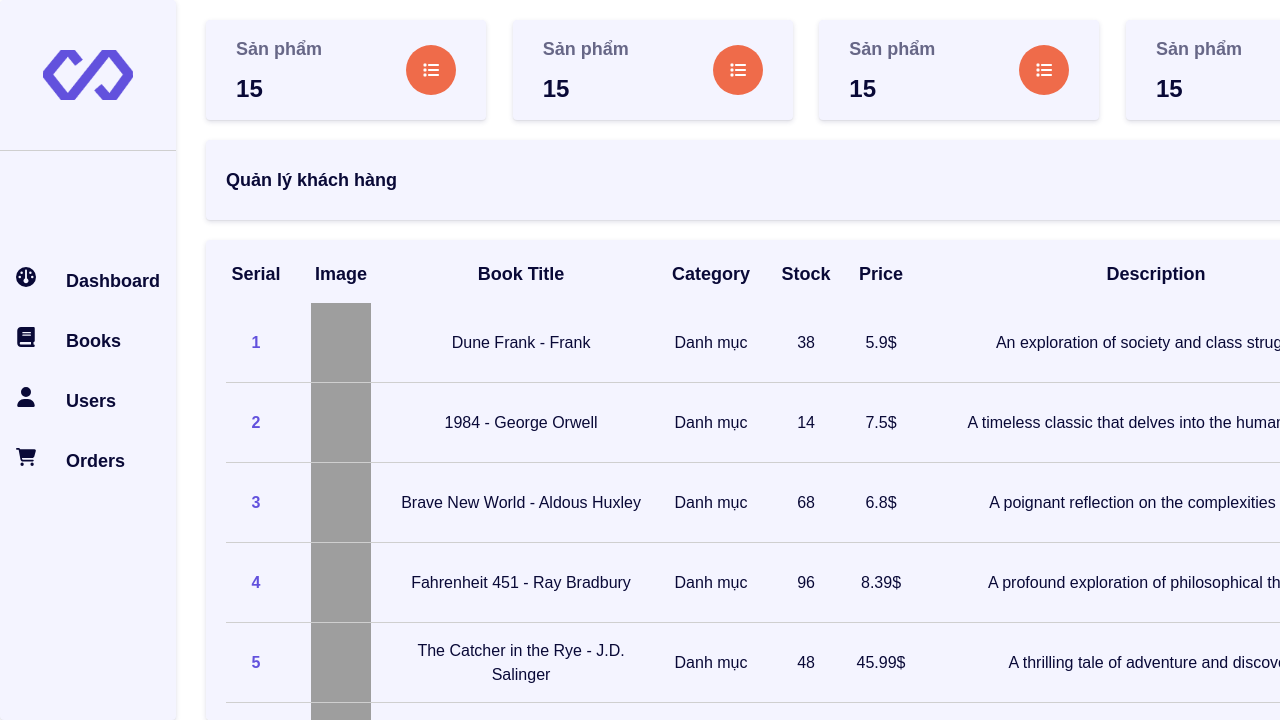
Repository: kauittt/BookStore_FE
Page: / (app in book-store/)
The author's editor kept a copy of each file at every save. The page is drawn from the files as they stood at one save, then again after the next save.
The browser window is 1280 px wide. The pictures show the whole page.
Pictures or frames that could not be fetched are drawn as grey boxes. An inner scrolling area shows only its first screen. The project was rebuilt for these pictures with package versions that can differ from the ones it lists, and the page was loaded fresh each time. Also part of the build but not shown: book-store/vite.config.js, book-store/src/components/elements/FormInput.jsx, book-store/src/components/login-signup/Login.jsx, book-store/src/components/book/BookItem.jsx, book-store/src/components/book/BookList.jsx, book-store/src/components/elements/BackNavigation.jsx, book-store/src/components/book/BookDetail.jsx, book-store/src/components/cart/QuantitySelector.jsx and 4 more.

Above is the page before, as saved 2024-07-20 12:44:41.

### book-store/src/App.jsx
import Login from "./components/login-signup/Login";
import BookItem from "./components/book/BookItem";
import BookList from "./components/book/BookList";
import BookDetail from "./components/book/BookDetail";
import CartItem from "./components/cart/CartItem";
import Cart from "./components/cart/Cart";
import Checkout from "./components/checkout/Checkout";
import AdminNav from "./components/admin/AdminNav";
import ManageList from "./components/admin/ManageList";
import AdminPage from "./components/admin/AdminPage";
import Card from "./components/elements/Card";

const App = () => {
    //! Width - Height: 1536 - 703
    //! 270 - 255
    //! Width: 0.9
    //! Height: 0.585

    //* Semibold - Normal
    //* 3xl (Tiêu đề to) - lg (To hơn bình thường) - sm (Chú thích nhỏ) - Normal

    const data = [
        {
            image: "https://nhasachphuongnam.com/images/thumbnails/240/290/detailed/287/con-duong-hoi-giao-tb-2024.jpg",
            price: "5.9",
            name: "Dune Frank ",
            author: "Frank ",
        },
        {
            image: "https://i.pinimg.com/474x/57/70/55/5770553158ceac5870925fd79f9699eb.jpg",
            price: "7.5",
            name: "1984",
            author: "George Orwell",
        },
        {
            image: "https://listsach.com/wp-content/uploads/2020/05/bia-sach-dep-ngoi-nha-nghin-hanh-lang.jpg",
            price: "6.8",
            name: "Brave New World",
            author: "Aldous Huxley",
        },
        {
            image: "https://listsach.com/wp-content/uploads/2020/05/quyen-sach-co-bia-dep-khong-gia-dinh.jpg",
            price: "8.39",
            name: "Fahrenheit 451",
            author: "Ray Bradbury",
        },
        {
            image: "https://salt.tikicdn.com/cache/w1200/ts/product/03/ee/cc/9e91a112fb77049e9167f41ef62f832e.jpeg",
            price: "45.99",
            name: "The Catcher in the Rye",
            author: "J.D. Salinger",
        },
        {
            image: "https://intamphuc.vn/wp-content/uploads/2023/06/mau-bia-sach-dep-4.jpg",
            price: "9.2",
            name: "To Kill a Mockingbird",
            author: "Harper Lee",
        },
        {
            image: "https://vietart.co/blog/wp-content/uploads/2014/01/2_thiet_ke_bia_sach_dep_20.jpg",
            price: "5.0",
            name: "The Great Gatsby",
            author: "F. Scott Fitzgerald",
        },
        {
            image: "https://thegioidohoa.com/wp-content/uploads/2017/08/tong-hop-20-mau-bia-sach-doc-dao-nhat-nam-2017-7.jpg",
            price: "6.5",
            name: "Moby Dick",
            author: "Herman Melville",
        },
        {
            image: "https://encrypted-tbn0.gstatic.com/images?q=tbn:ANd9GcRVxy22da304ThgqLt9eKkHoYNLhIEgOL5vLCuA0X--bl323dKTKr0Q_H8tqkGQcfgcqA8&usqp=CAU",
            price: "7.8",
            name: "War and Peace",
            author: "Leo Tolstoy",
        },
        {
            image: "https://intamphuc.vn/wp-content/uploads/2023/06/mau-bia-sach-dep-2.jpg",
            price: "6.0",
            name: "Pride and Prejudice",
            author: "Jane Austen",
        },
    ];

    // Các mô tả mẫu để sử dụng
    const descriptions = [
        "A timeless classic that delves into the human psyche.",
        "An exploration of society and class struggles.",
        "A thrilling tale of adventure and discovery.",
        "A thought-provoking story that challenges conventional wisdom.",
        "A masterpiece of modern literature.",
        "A poignant reflection on the complexities of life.",
        "A gripping narrative that captivates the reader from start to finish.",
        "An emotional journey through love, loss, and redemption.",
        "A profound exploration of philosophical themes.",
        "An unforgettable story of courage and resilience.",
    ];

    // Hàm tạo số lượng ngẫu nhiên từ 1 đến 100
    function getRandomQuantity() {
        return Math.floor(Math.random() * 100) + 1;
    }

    // Hàm tạo mô tả ngẫu nhiên từ danh sách mô tả mẫu
    function getRandomDescription() {
        const index = Math.floor(Math.random() * descriptions.length);
        return descriptions[index];
    }

    // Tạo dữ liệu đa dạng cho mảng data
    const enhancedData = data.map((item) => ({
        ...item,
        quantity: getRandomQuantity(),
        description: getRandomDescription(),
    }));

    const detail = {
        image: "https://nhasachphuongnam.com/images/thumbnails/240/290/detailed/287/con-duong-hoi-giao-tb-2024.jpg",
        price: "5.9",
        name: "Dune",
        author: "Frank Herbert ",
        quantity: 10,
        description:
            "Contrary to popular belief, Lorem Ipsum is not simply random text. It has roots in a piece of classical Latin literature from 45 BC, making it over 2000 years old. Richard McClintock, a Latin professor at Hampden-Sydney College in Virginia, looked up one of the more obscure Latin words, consectetur, from a Lorem Ipsum passage, and going through the cites of the word in classical literature, discovered the undoubtable source. Lorem Ipsum comes from sections",
    };

    //! Sửa chổ quantity*price trong tính cart, checkout
    return (
        // container mx-auto
        <div className="text-text-normal  cursor-default select-none">
            {/* <Card name="Sản phẩm" quantity="15" icon={faList}></Card> */}

            <AdminPage books={enhancedData}></AdminPage>
            {/* <ManageList books={enhancedData}></ManageList> */}
            {/* <AdminNav></AdminNav> */}
            {/* <Checkout books={enhancedData}></Checkout> */}
            {/* <Cart books={enhancedData}></Cart> */}
            {/* <CartItem book={detail}></CartItem> */}
            {/* <BookDetail book={detail}></BookDetail> */}
            {/* <BookList title="Classic" books={data}></BookList> */}
            {/* <Login></Login> */}
        </div>
    );
};

export default App;

### book-store/src/index.css
@tailwind base;

* {
    scrollbar-width: thin;
}

@tailwind components;
@tailwind utilities;

.container {
    width: 100%;
}
@media (min-width: 640px) {
    .container {
        max-width: 640px;
    }
}
@media (min-width: 768px) {
    .container {
        max-width: 768px;
    }
    @media (min-width: 1024px) {
        .container {
            max-width: 1024px;
        }
    }
    @media (min-width: 1280px) {
        .container {
            max-width: 1280px;
        }
    }
    @media (min-width: 1400px) {
        .container,
        .container-lg,
        .container-md,
        .container-sm,
        .container-xl,
        .container-xxl {
            max-width: 1320px;
        }
    }
}

### book-store/src/components/admin/AdminNav.jsx
import PropTypes from "prop-types";
import { FontAwesomeIcon } from "@fortawesome/react-fontawesome";
import {
    faCartShopping,
    faUser,
    faBook,
    faGauge,
} from "@fortawesome/free-solid-svg-icons";

const AdminNav = () => {
    return (
        <div
            className="flex flex-col  gap-[100px]
            font-semibold text-lg  w-[260px]
            bg-bgr-main shadow-custom rounded"
        >
            <div
                className="w-full flex justify-center mt-[50px] pb-[50px]
            border-b border-border"
            >
                <img
                    src="./image/Logo.png"
                    alt="Logo"
                    className="w-[90px] h-[50px]  object-cover"
                />
            </div>

            <div>
                <div
                    className="p-[16px]
            transition-all duration-200 ease-in-out
            group hover:bg-bgr-white hover:shadow-custom rounded
            cursor-pointer"
                >
                    <p className="flex gap-[10px]">
                        <FontAwesomeIcon
                            className="mr-[20px] w-[20px] h-[20px]"
                            icon={faGauge}
                        />
                        Dashboard
                    </p>
                </div>
                <div
                    className="p-[16px]
            transition-all duration-200 ease-in-out
            group hover:bg-bgr-white hover:shadow-custom rounded
            cursor-pointer"
                >
                    <p className="flex gap-[10px]">
                        <FontAwesomeIcon
                            className="mr-[20px] w-[20px] h-[20px]"
                            icon={faBook}
                        />
                        Books
                    </p>
                </div>
                <div
                    className="p-[16px]
            transition-all duration-200 ease-in-out
            group hover:bg-bgr-white hover:shadow-custom rounded
            cursor-pointer"
                >
                    <p className="flex gap-[10px]">
                        <FontAwesomeIcon
                            className="mr-[20px]  w-[20px] h-[20px]"
                            icon={faUser}
                        />
                        Users
                    </p>
                </div>
                <div
                    className="p-[16px]
            transition-all duration-200 ease-in-out
            group hover:bg-bgr-white hover:shadow-custom rounded
            cursor-pointer"
                >
                    <p className="flex gap-[10px]">
                        <FontAwesomeIcon
                            className="mr-[20px] w-[20px] h-[20px]"
                            icon={faCartShopping}
                        />
                        Orders
                    </p>
                </div>
            </div>
        </div>
    );
};

AdminNav.propTypes = {
    book: PropTypes.object,
};
export default AdminNav;

### book-store/src/components/admin/ManageList.jsx
import React from "react";
import PropTypes from "prop-types";
import { FontAwesomeIcon } from "@fortawesome/react-fontawesome";
import {
    faCartShopping,
    faUser,
    faBook,
    faGauge,
} from "@fortawesome/free-solid-svg-icons";
import ManageItem from "./ManageItem";
import FormButton from "./../elements/FormButton";
const ManageList = (props) => {
    console.log(window.innerHeight);
    const category = [
        {
            group: "Order",
            fields: [
                { name: "Serial", width: "50px" },
                { name: "Customer Name", width: "150px" },
                { name: "Book Title", width: "150px" },
                { name: "Quantity", width: "100px" },
                { name: "Price", width: "100px" },
                { name: "Phone Number", width: "100px" },
                { name: "Address", flex: "1" }, // Use flex for flexible widths
            ],
        },
        {
            group: "Book",
            fields: [
                { name: "Serial", style: "w-[60px] text-center" },
                { name: "Image", style: "w-[80px] text-center" },
                { name: "Book Title", style: "w-[250px] text-center" },
                { name: "Category", style: "w-[100px] text-center" },
                { name: "Stock", style: "w-[60px] text-center" },
                { name: "Price", style: "w-[60px] text-center" },
                { name: "Description", style: "flex-1 text-center" },
            ],
        },
        {
            group: "User",
            fields: [
                { name: "Serial", width: "50px" },
                { name: "Username", width: "150px" },
                { name: "Name", width: "200px" },
                { name: "Role", width: "100px" },
                { name: "Email", width: "200px" },
                { name: "Phone Number", width: "150px" },
                { name: "Address", flex: "1" },
            ],
        },
    ];

    return (
        //* Danh sách sản phẩm
        <div
            className="max-w-[1200px] w-[1200px] p-[20px]
        flex flex-col gap-[15px] bg-bgr-main shadow-custom rounded
        overflow-y-auto"
        >
            {/*//* Category */}
            <div
                className="flex justify-between items-center gap-[15px]
            font-semibold text-lg"
            >
                {category[1].fields.map((field, index) => (
                    <p key={index} className={`${field.style} `}>
                        {field.name}
                    </p>
                ))}
            </div>

            {/*//* List Item */}
            <div className="flex flex-col max-h-full ">
                {props.books.map((book, index) => (
                    <ManageItem
                        data={book}
                        category={category[1].fields}
                        key={index}
                        index={index}
                    ></ManageItem>
                ))}
            </div>

            {/* <div className="flex justify-end">
                <FormButton name="Checkout"></FormButton>
            </div> */}
        </div>
    );
};
ManageList.propTypes = {
    books: PropTypes.array,
};
export default ManageList;

### book-store/src/components/admin/AdminPage.jsx
import React from "react";
import PropTypes from "prop-types";
import ManageList from "./ManageList";
import AdminNav from "./AdminNav";
import Card from "./../elements/Card";
import ManageTitle from "./ManageTitle";
import { FontAwesomeIcon } from "@fortawesome/react-fontawesome";
import {
    faCircleUser,
    faCartShopping,
    faHandHoldingDollar,
    faList,
} from "@fortawesome/free-solid-svg-icons";

const AdminPage = (props) => {
    return (
        <div
            className="flex gap-[30px] justify-between
        max-h-screen overflow-hidden
        "
        >
            {/*//* Left  */}
            <AdminNav></AdminNav>

            {/*//* Right  */}
            <div className="flex flex-col gap-[20px] pt-[20px] pr-[20px]">
                <div className="flex justify-between items-center ">
                    <Card name="Sản phẩm" quantity={15} icon={faList}></Card>
                    <Card name="Sản phẩm" quantity={15} icon={faList}></Card>
                    <Card name="Sản phẩm" quantity={15} icon={faList}></Card>
                    <Card name="Sản phẩm" quantity={15} icon={faList}></Card>
                </div>
                <ManageTitle
                    name="Quản lý khách hàng"
                    button="Add User"
                ></ManageTitle>
                <ManageList books={props.books}></ManageList>
            </div>
        </div>
    );
};

AdminPage.propTypes = {
    books: PropTypes.array,
};
export default AdminPage;

### book-store/src/components/elements/Card.jsx
import React from "react";
import PropTypes from "prop-types";
import { FontAwesomeIcon } from "@fortawesome/react-fontawesome";
import {
    faCircleUser,
    faCartShopping,
    faHandHoldingDollar,
    faList,
} from "@fortawesome/free-solid-svg-icons";
const Card = (props) => {
    return (
        <div
            className="flex items-center justify-between
            w-[280px] h-[100px] bg-bgr-main p-[30px]
        rounded shadow-custom"
        >
            <div className="flex flex-col gap-[10px]">
                <p className="text-lg text-text-light font-semibold">
                    {props.name}
                </p>
                <p className="text-2xl font-semibold">{props.quantity}</p>
            </div>
            <FontAwesomeIcon
                className="p-[17px] rounded-full
             bg-bgr-color text-text-white"
                icon={props.icon}
            />
            {/* <FontAwesomeIcon icon={faCartShopping} />
            <FontAwesomeIcon icon={faHandHoldingDollar} />
            <FontAwesomeIcon icon={faCircleUser} /> */}
        </div>
    );
};

Card.propTypes = {
    name: PropTypes.string,
    quantity: PropTypes.number,
    icon: PropTypes.object,
    color: PropTypes.string,
};
export default Card;

### book-store/src/components/elements/FormButton.jsx
import PropTypes from "prop-types";

const FormButton = ({
    name = "Button",
    main = true,
    type = "button",
    disabled = false,
    ...props
}) => {
    return (
        <button
            type={type}
            disabled={disabled}
            className={`m-w-[100px] w-[100px] m-h-[40px] h-[40px] leading-[40px]
            rounded text-lg font-semibold
            flex items-center justify-center
            cursor-pointer shadow-custom
            transition-all duration-200 ease-in-out
            bg-bgr-white
            ${main ? "bg-bgr-white" : "bg-bgr-white"}
            ${main ? "text-text-color" : "text-bgr-color"}
            ${
                main
                    ? "border border-text-color hover:bg-text-color hover:text-text-white"
                    : "border border-bgr-color hover:bg-bgr-color hover:text-text-white"
            }
            `}
            {...props}
        >
            {name}
        </button>
    );
};

FormButton.propTypes = {
    main: PropTypes.bool,
    name: PropTypes.string.isRequired,
    type: PropTypes.string,
    disabled: PropTypes.bool,
};

export default FormButton;

### book-store/src/components/admin/ManageItem.jsx
import PropTypes from "prop-types";
import { FontAwesomeIcon } from "@fortawesome/react-fontawesome";
import { faPen } from "@fortawesome/free-solid-svg-icons";

const ManageItem = (props) => {
    // STT | Tên khách | Tên sách | Số lượng | Giá     | Phone | Address
    // STT | Hình      | Tên sách | Danh mục | Tồn kho | Giá   | Mô tả
    // STT | Username  | Name     | Role     | Email   | Phone | Address

    const isImage = props.data.image ? true : false;
    // console.log(props.data);
    // console.log(props.category);

    return (
        <div
            className="flex justify-between  items-center
                gap-[15px] min-h-[80px] h-[80px] relative
                border-b border-border"
        >
            <p
                className={`${props.category[0].style} font-semibold text-text-color`}
            >
                {props.index + 1}
            </p>

            {isImage ? (
                <div
                    className={`${props.category[1].style} h-full
                flex items-center justify-center`}
                >
                    <img
                        className="w-[60px] h-full object-cover"
                        src={props.data.image}
                        alt="Image"
                    />
                </div>
            ) : (
                <p className={`${props.category[1].style} `}>Tăng Khải Minh</p>
            )}

            <p className={`${props.category[2].style} `}>
                {props.data.name + " - " + props.data.author}
            </p>

            <p className={`${props.category[3].style} `}>Danh mục</p>

            <p className={`${props.category[4].style} `}>
                {props.data.quantity}
            </p>

            <p className={`${props.category[5].style} `}>{props.data.price}$</p>

            <p className={`${props.category[6].style} `}>
                {props.data.description}
            </p>

            <FontAwesomeIcon
                className="absolute right-[-20px] p-[10px] rounded cursor-pointer
                text-bgr-color
                transition-all duration-200 ease-in-out
                hover:bg-bgr-color hover:text-text-white  "
                icon={faPen}
            />

            {/* <div className="flex items-center relative">

            </div> */}
        </div>
    );
};
ManageItem.propTypes = {
    data: PropTypes.object,
    category: PropTypes.array,
    index: PropTypes.number,
};
export default ManageItem;

### book-store/src/components/admin/ManageTitle.jsx
import React from "react";
import PropTypes from "prop-types";
import FormButton from "./../elements/FormButton";

const ManageTitle = (props) => {
    return (
        <div
            className="flex justify-between items-center
        h-[80px] bg-bgr-main p-[20px]
            rounded shadow-custom"
        >
            <p className="font-semibold text-lg">{props.name}</p>
            <FormButton name={props.button}></FormButton>
        </div>
    );
};

ManageTitle.propTypes = {
    name: PropTypes.string,
    button: PropTypes.string,
};

export default ManageTitle;

Loaded but not shown: book-store/index.html (common file); book-store/src/main.jsx (common file); book-store/tailwind.config.js (34 lines, source omitted)

After the next save:
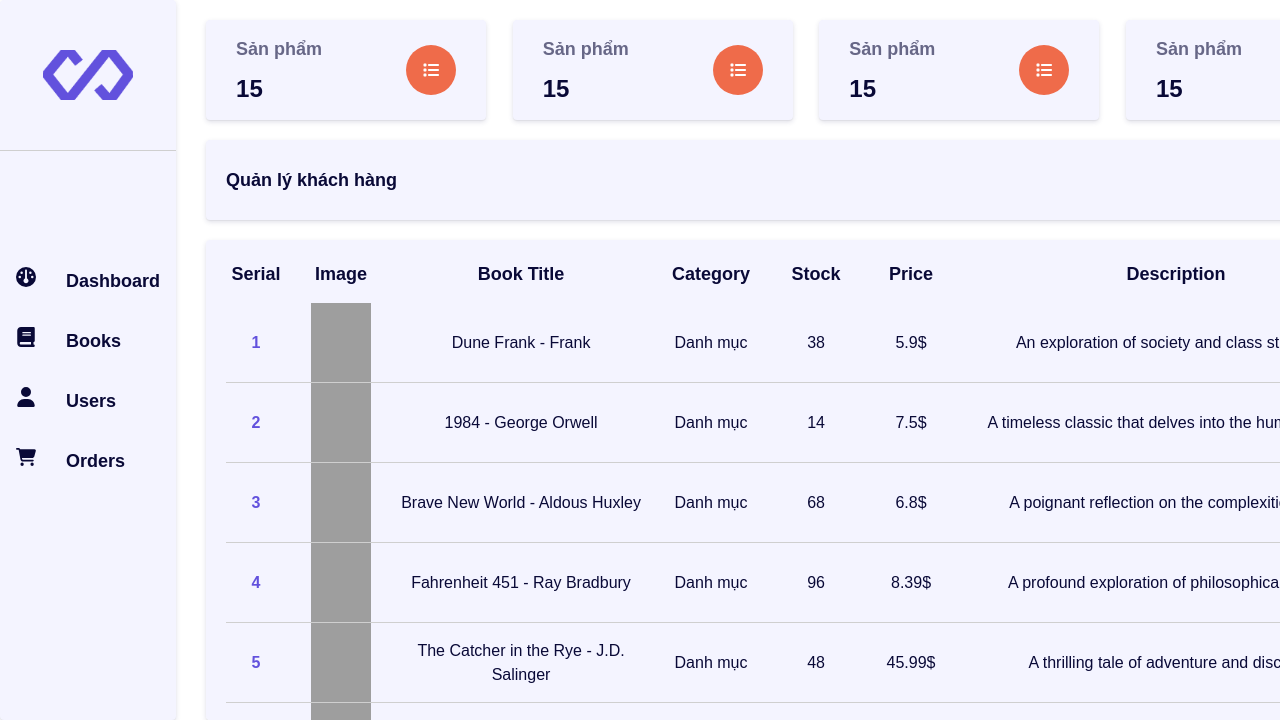
Saved 33 s later.
--- a/book-store/src/components/admin/ManageList.jsx
+++ b/book-store/src/components/admin/ManageList.jsx
@@ -31,8 +31,8 @@
                 { name: "Image", style: "w-[80px] text-center" },
                 { name: "Book Title", style: "w-[250px] text-center" },
                 { name: "Category", style: "w-[100px] text-center" },
-                { name: "Stock", style: "w-[60px] text-center" },
-                { name: "Price", style: "w-[60px] text-center" },
+                { name: "Stock", style: "w-[80px] text-center" },
+                { name: "Price", style: "w-[80px] text-center" },
                 { name: "Description", style: "flex-1 text-center" },
             ],
         },

After the save that followed:
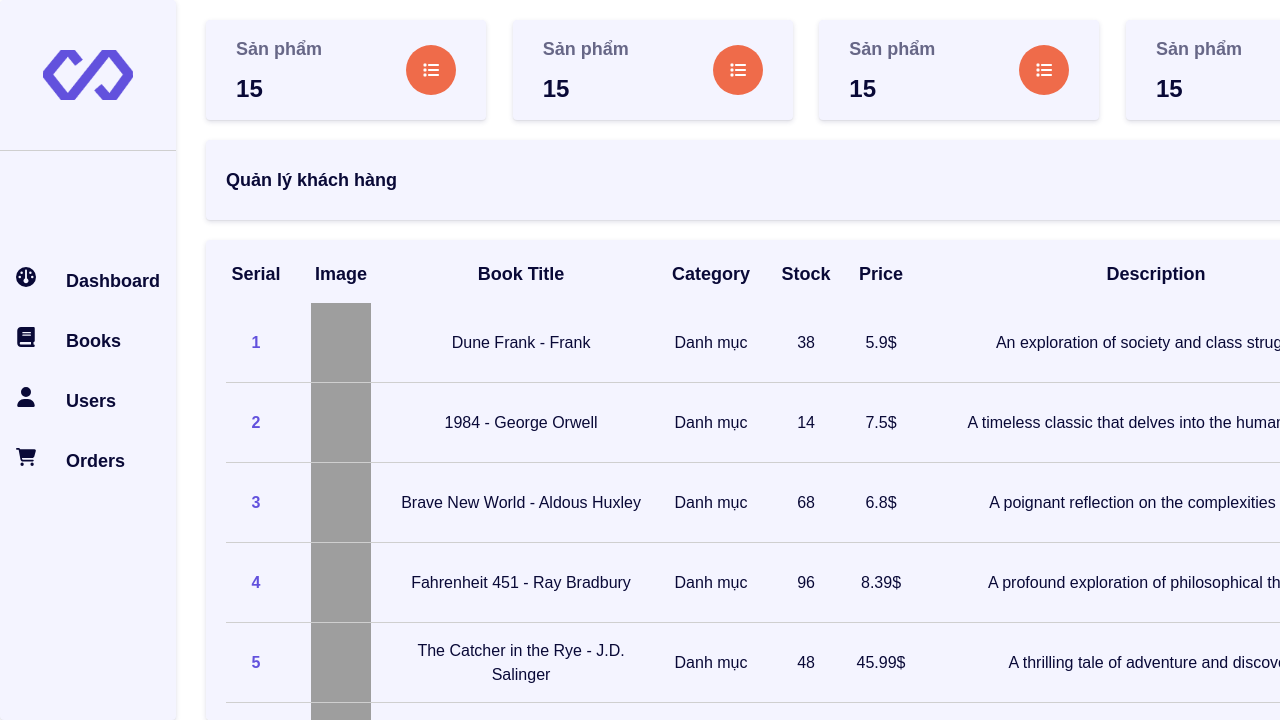
Saved 5 s later.
--- a/book-store/src/components/admin/ManageList.jsx
+++ b/book-store/src/components/admin/ManageList.jsx
@@ -31,8 +31,8 @@
                 { name: "Image", style: "w-[80px] text-center" },
                 { name: "Book Title", style: "w-[250px] text-center" },
                 { name: "Category", style: "w-[100px] text-center" },
-                { name: "Stock", style: "w-[80px] text-center" },
-                { name: "Price", style: "w-[80px] text-center" },
+                { name: "Stock", style: "w-[60px] text-center" },
+                { name: "Price", style: "w-[60px] text-center" },
                 { name: "Description", style: "flex-1 text-center" },
             ],
         },
